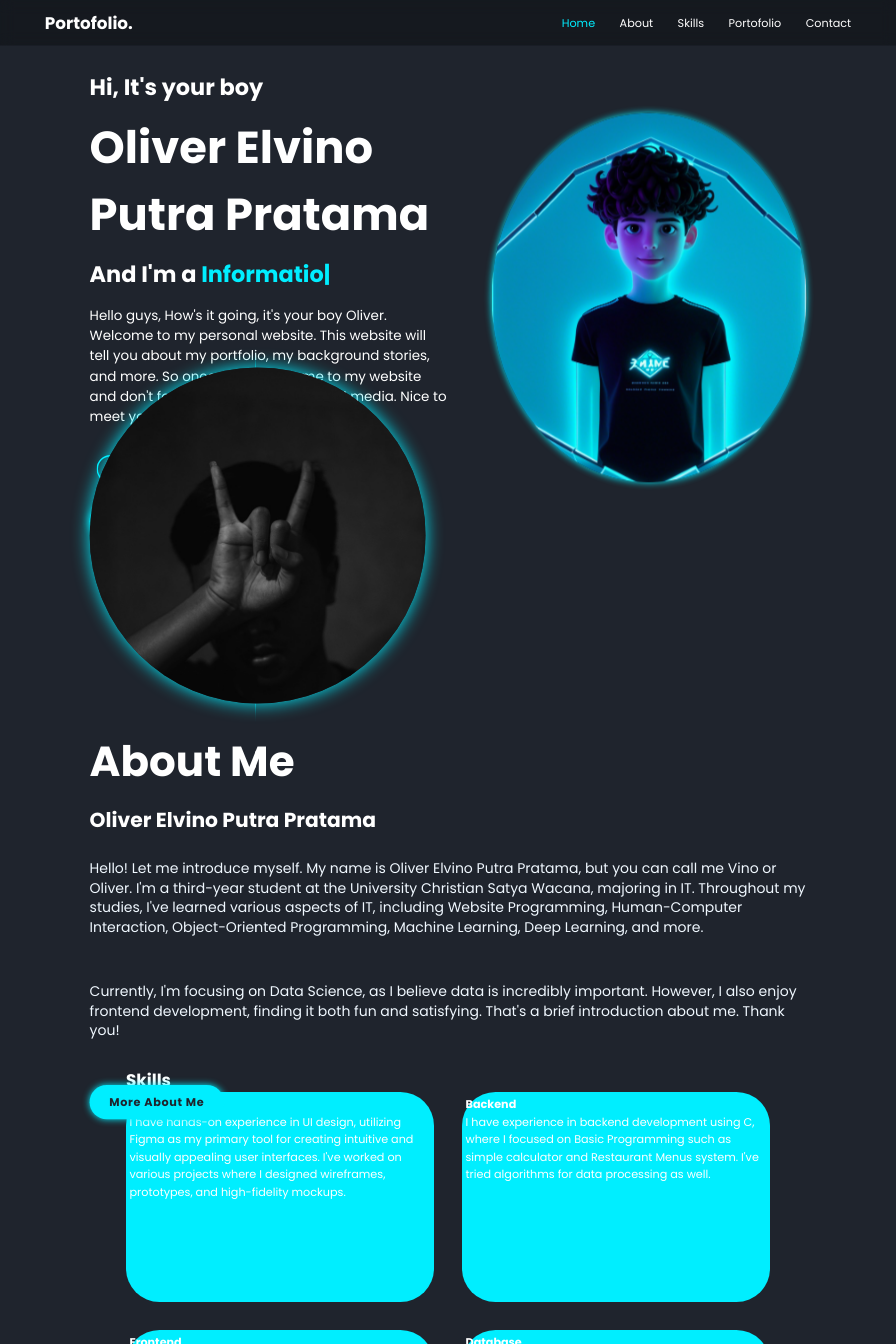
Repository: Olovrelvino/personalWebsite-HtmlCssJs-project
Page: main.html
These files come from the project's save history. The page is drawn as it stood at one moment and after the next save; the edit follows.
The browser window is 1280 px wide. The pictures show the part of the page from y = 0 to 1920 px (the page is 3494 px tall before and 1933 px after), at 70% of full size.
Some web libraries are served in a nearby version.

Above is the page before, as saved 2024-09-23 22:32:54.

### main.html
<!DOCTYPE html>
<html lang="en">
<head>
    <meta charset="UTF-8">
    <meta name="viewport" content="width=device-width, initial-scale=1.0">
    <title>Oliver's Portofolio</title>
    <link href='https://unpkg.com/boxicons@2.1.4/css/boxicons.min.css' rel='stylesheet'>
    <link rel="stylesheet" href="style.css">
</head>

<body>

    <!-- NAVBAR SECTION -->
    <header class="header">
        <a href="#" class="logo">Portofolio.</a>

        <nav class="navbar">
          <div class="hamburger-menu">
            <div class="bar"></div>
            <div class="bar"></div>
            <div class="bar"></div>
          </div>
          <ul class="nav-menu">
            <li><a href="#home" class="nav-links" style="--i:1;">Home</a></li>
            <li><a href="#about" class="nav-links" style="--i:2;">About</a></li>
            <li><a href="#Skills" class="nav-links" style="--i:3;">Skills</a></li>
            <li><a href="portofolio.html" class="nav-links" style="--i:4;">Portofolio</a></li>
            <li><a href="#contact" class="nav-links" style="--i:5;">Contact</a></li>
          </ul>
        </nav>
      </header>

      <section id="home" class="section home">
        <div class="home-content">
          <h3>Hi, It's your boy</h3>
          <h1>Oliver Elvino Putra Pratama</h1>
          <h3>And I'm a <span class="multiple-text"></span></h3>
          <p>Hello guys, How's it going, it's your boy Oliver. Welcome to my personal website. This website will tell you about my portfolio, my background stories, and more. So once again welcome to my website and don't forget to follow me on social media. Nice to meet ya!</p>
          <div class="social-media">
            <a href="#" style="--i:7;"><i class="bx bxl-facebook"></i></a>
            <a href="#" style="--i:8;"><i class='bx bxl-discord-alt'></i></a>
            <a href="#" style="--i:9;"><i class="bx bxl-instagram"></i></a>
            <a href="#" style="--i:10;"><i class="bx bxl-linkedin"></i></a>
          </div>
          <a href="#" class="btn">Visit Works</a>
        </div>
        <div class="home-img">
          <img src="imagePW.png" alt="Oliver Elvino">
        </div>
      </section>

<!-- About Section -->
<section id="about" class="section about">
  <div class="about-container">
    <div class="about-img">
      <img src="vino2.jpg" alt="Oliver Elvino">
    </div>
    <div class="about-text">
      <h2>About Me</h2>
      <h4>Oliver Elvino Putra Pratama</h4>
      <p>Hello! Let me introduce myself. My name is Oliver Elvino Putra Pratama, but you can call me Vino or Oliver. I'm a third-year student at the University Christian Satya Wacana, majoring in IT. Throughout my studies, I've learned various aspects of IT, including Website Programming, Human-Computer Interaction, Object-Oriented Programming, Machine Learning, Deep Learning, and more.</p>
      <p>Currently, I'm focusing on Data Science, as I believe data is incredibly important. However, I also enjoy frontend development, finding it both fun and satisfying. That's a brief introduction about me. Thank you!</p>
      <a href="#" class="btn-content">More About Me</a>
    </div>
  </div>
</section>

<!-- Skills Section -->
<section id="Skills" class="section Skills">
  <h2 class="skills-heading">Skills</h2>
  <div class="Skills-container">
    <div class="Skills-box">
      <h4>UI Design</h4>
      <p>I have hands-on experience in UI design, utilizing Figma as my primary tool for creating intuitive and visually appealing user interfaces. I've worked on various projects where I designed wireframes, prototypes, and high-fidelity mockups.</p>
    </div>
    <div class="Skills-box">
      <h4>Backend</h4>
      <p>I have experience in backend development using C, where I focused on Basic Programming such as simple calculator and Restaurant Menus system. I've tried algorithms for data processing as well.</p>
    </div>
    <div class="Skills-box">
      <h4>Frontend</h4>
      <p>I have experience in frontend development, using HTML, CSS, and JavaScript to build responsive and dynamic websites. I've created user-friendly interfaces, ensuring cross-browser compatibility and optimizing for performance.</p>
    </div>
    <div class="Skills-box">
      <h4>Database</h4>
      <p>I have experience in database management using MySQL, Oracle APEX, and ERD. I've designed and optimized relational databases, created detailed ER diagrams to model data structures, and implemented them in MySQL for efficient data handling.</p>
    </div>
  </div>
</section>



     <section class="contact" id="contact">
        <h2 class="heading">Contact <span class="highlight">Me</span></h2>

        <form action="">
            <div class="input-group">
                <div class="input-box">
                    <input type="text" placeholder="Full name">
                    <input type="email" placeholder="Email">
                </div>
                <div class="input-box">
                    <input type="number" placeholder="Phone Number">
                    <input type="text" placeholder="Subject">
                </div>
            </div>

            <div class="input-group-2">
                <textarea name="" id="" cols="30" rows="10" placeholder="Your Message"></textarea>
                <input type="submit" value="Send Message" class="btn-contact">
            </div>
        </form>
     </section>

     <!-- Footer Section -->
     <footer class="footer">
        <div class="social">
            <a href="#" style="--i:7;"><i class='bx bxl-instagram'></i></a>
            <a href="#" style="--i:8;"><i class='bx bxl-facebook' ></i></a>
            <a href="#" style="--i:9;"><i class='bx bxl-discord-alt' ></i></a>
            <a href="#" style="--i:10;"><i class='bx bxl-github'></i></a>
        </div>

        <ul class="list">
            <li>
                <a href="#">FAQ</a>
            </li>

            <li>
                <a href="#">About</a>
            </li>

            <li>
                <a href="#">Portfolio</a>
            </li>

            <li>
                <a href="#">Contact</a>
            </li>
            <p class="copyright">
                © Oliver Elvino | All Right Reserved
            </p>
        </ul>
     </footer>

    <script src="https://unpkg.com/typed.js@2.1.0/dist/typed.umd.js"></script>
    <script src="script.js"></script>
</body>
</html>

Loaded but not shown: script.js (107 lines, source omitted); style.css (605 lines, source omitted)

After the next save:
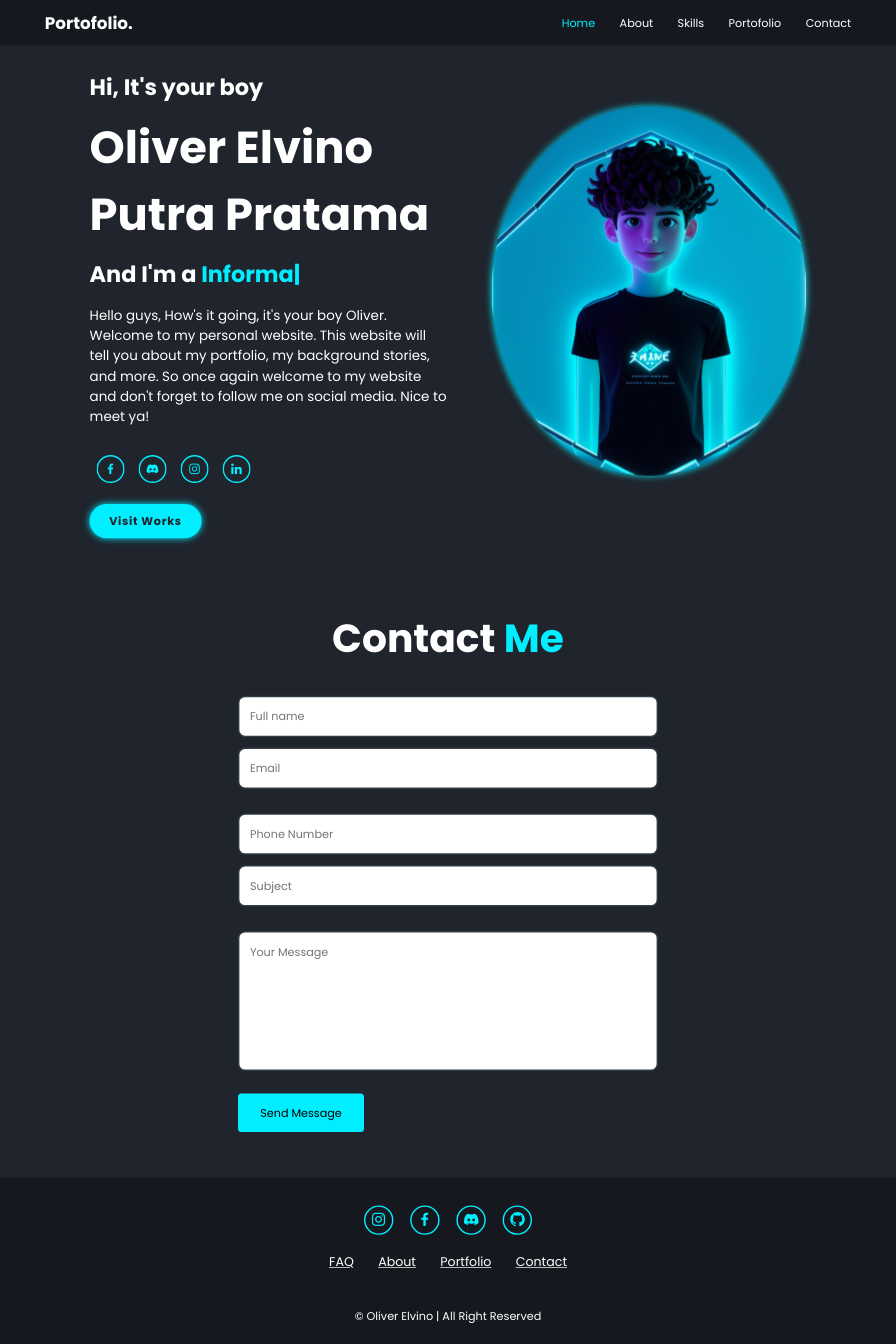
Saved 7 s later.
--- a/main.html
+++ b/main.html
@@ -48,45 +48,6 @@
           <img src="imagePW.png" alt="Oliver Elvino">
         </div>
       </section>
-
-<!-- About Section -->
-<section id="about" class="section about">
-  <div class="about-container">
-    <div class="about-img">
-      <img src="vino2.jpg" alt="Oliver Elvino">
-    </div>
-    <div class="about-text">
-      <h2>About Me</h2>
-      <h4>Oliver Elvino Putra Pratama</h4>
-      <p>Hello! Let me introduce myself. My name is Oliver Elvino Putra Pratama, but you can call me Vino or Oliver. I'm a third-year student at the University Christian Satya Wacana, majoring in IT. Throughout my studies, I've learned various aspects of IT, including Website Programming, Human-Computer Interaction, Object-Oriented Programming, Machine Learning, Deep Learning, and more.</p>
-      <p>Currently, I'm focusing on Data Science, as I believe data is incredibly important. However, I also enjoy frontend development, finding it both fun and satisfying. That's a brief introduction about me. Thank you!</p>
-      <a href="#" class="btn-content">More About Me</a>
-    </div>
-  </div>
-</section>
-
-<!-- Skills Section -->
-<section id="Skills" class="section Skills">
-  <h2 class="skills-heading">Skills</h2>
-  <div class="Skills-container">
-    <div class="Skills-box">
-      <h4>UI Design</h4>
-      <p>I have hands-on experience in UI design, utilizing Figma as my primary tool for creating intuitive and visually appealing user interfaces. I've worked on various projects where I designed wireframes, prototypes, and high-fidelity mockups.</p>
-    </div>
-    <div class="Skills-box">
-      <h4>Backend</h4>
-      <p>I have experience in backend development using C, where I focused on Basic Programming such as simple calculator and Restaurant Menus system. I've tried algorithms for data processing as well.</p>
-    </div>
-    <div class="Skills-box">
-      <h4>Frontend</h4>
-      <p>I have experience in frontend development, using HTML, CSS, and JavaScript to build responsive and dynamic websites. I've created user-friendly interfaces, ensuring cross-browser compatibility and optimizing for performance.</p>
-    </div>
-    <div class="Skills-box">
-      <h4>Database</h4>
-      <p>I have experience in database management using MySQL, Oracle APEX, and ERD. I've designed and optimized relational databases, created detailed ER diagrams to model data structures, and implemented them in MySQL for efficient data handling.</p>
-    </div>
-  </div>
-</section>
 
 
 

After the 2 saves that followed:
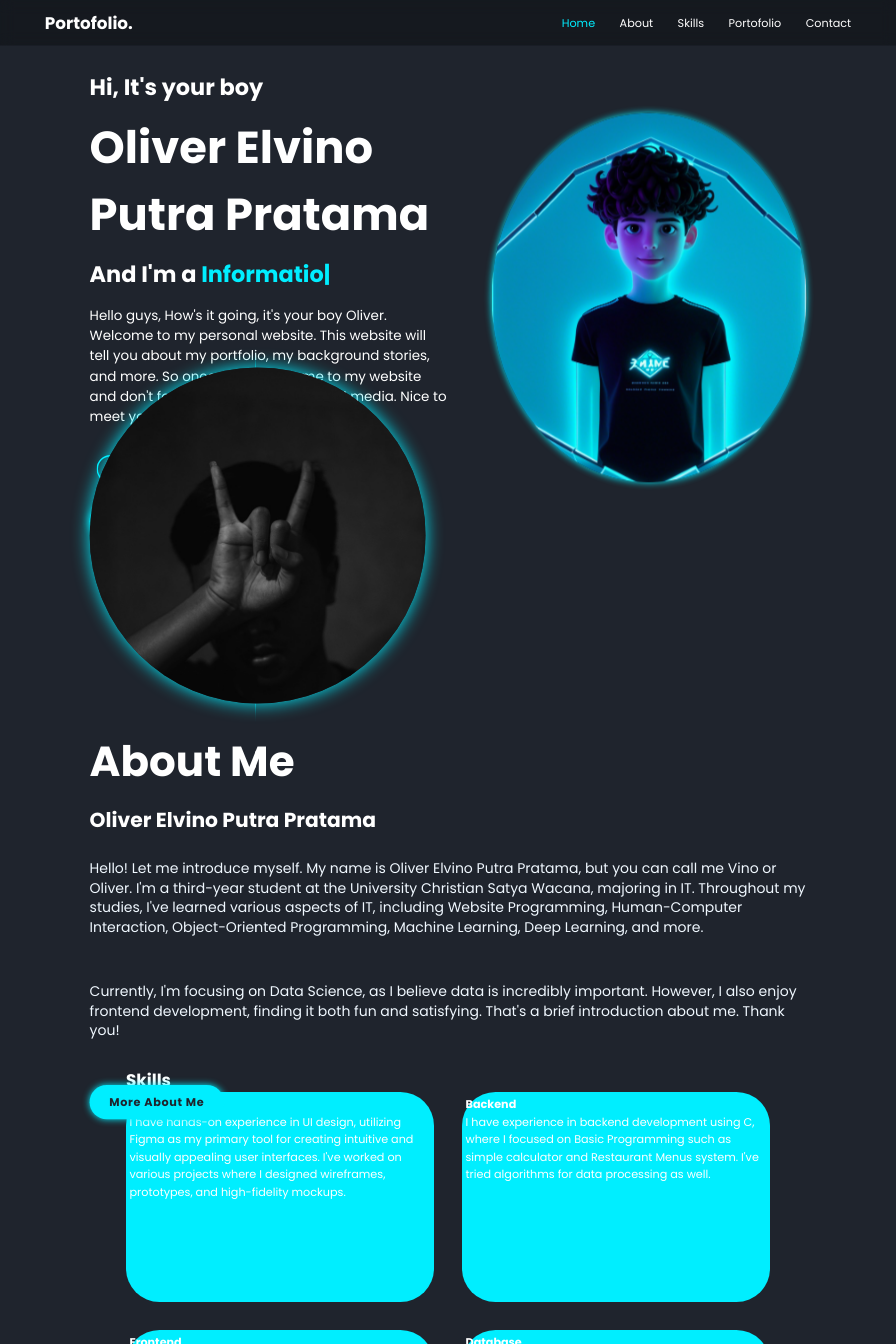
The 2 saves are shown as one change because they came seconds apart.
The last was saved 8 s later.
--- a/main.html
+++ b/main.html
@@ -49,7 +49,44 @@
         </div>
       </section>
 
+      <!-- About Section -->
+<section id="about" class="section about">
+    <div class="about-container">
+      <div class="about-img">
+        <img src="vino2.jpg" alt="Oliver Elvino">
+      </div>
+      <div class="about-text">
+        <h2>About Me</h2>
+        <h4>Oliver Elvino Putra Pratama</h4>
+        <p>Hello! Let me introduce myself. My name is Oliver Elvino Putra Pratama, but you can call me Vino or Oliver. I'm a third-year student at the University Christian Satya Wacana, majoring in IT. Throughout my studies, I've learned various aspects of IT, including Website Programming, Human-Computer Interaction, Object-Oriented Programming, Machine Learning, Deep Learning, and more.</p>
+        <p>Currently, I'm focusing on Data Science, as I believe data is incredibly important. However, I also enjoy frontend development, finding it both fun and satisfying. That's a brief introduction about me. Thank you!</p>
+        <a href="#" class="btn-content">More About Me</a>
+      </div>
+    </div>
+  </section>
 
+  <!-- Skills Section -->
+  <section id="Skills" class="section Skills">
+    <h2 class="skills-heading">Skills</h2>
+    <div class="Skills-container">
+      <div class="Skills-box">
+        <h4>UI Design</h4>
+        <p>I have hands-on experience in UI design, utilizing Figma as my primary tool for creating intuitive and visually appealing user interfaces. I've worked on various projects where I designed wireframes, prototypes, and high-fidelity mockups.</p>
+      </div>
+      <div class="Skills-box">
+        <h4>Backend</h4>
+        <p>I have experience in backend development using C, where I focused on Basic Programming such as simple calculator and Restaurant Menus system. I've tried algorithms for data processing as well.</p>
+      </div>
+      <div class="Skills-box">
+        <h4>Frontend</h4>
+        <p>I have experience in frontend development, using HTML, CSS, and JavaScript to build responsive and dynamic websites. I've created user-friendly interfaces, ensuring cross-browser compatibility and optimizing for performance.</p>
+      </div>
+      <div class="Skills-box">
+        <h4>Database</h4>
+        <p>I have experience in database management using MySQL, Oracle APEX, and ERD. I've designed and optimized relational databases, created detailed ER diagrams to model data structures, and implemented them in MySQL for efficient data handling.</p>
+      </div>
+    </div>
+  </section>
 
      <section class="contact" id="contact">
         <h2 class="heading">Contact <span class="highlight">Me</span></h2>
